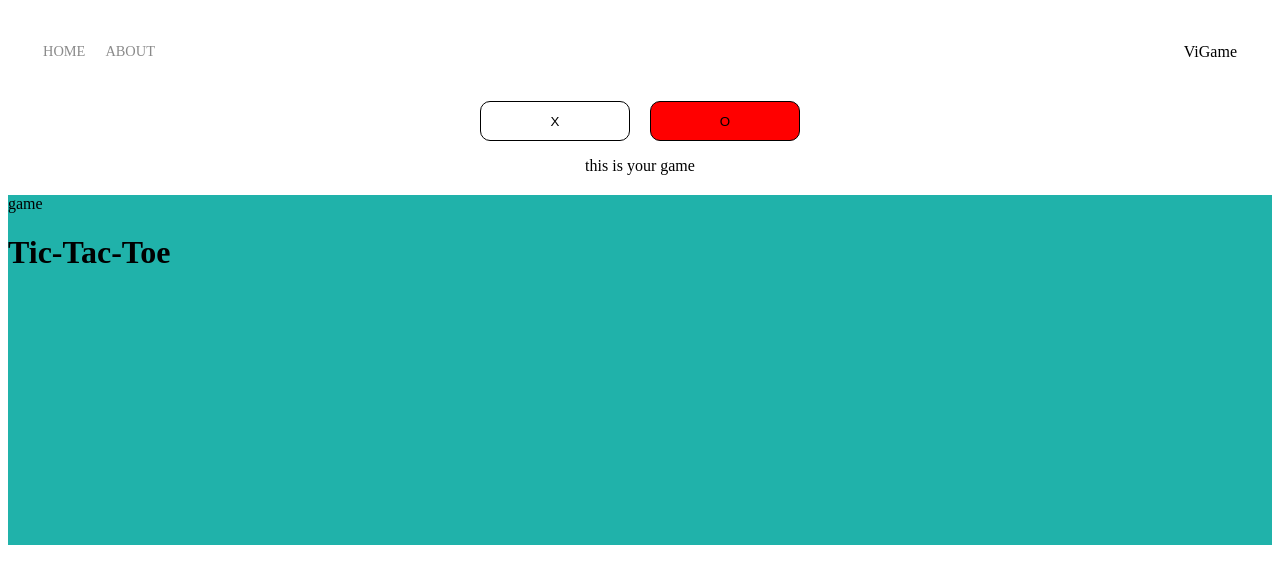
Repository: vahid242/viGame
Page: http://localhost/tic-tac-toe
The author's editor kept a record of every edit. The page is drawn from the files as they stood at one moment, then again after the next edit.
The browser window is 1280 px wide. The pictures show the whole page.
The page is served by the project's Node server (v1/app.js).

Above is the page before.

### v1/views/tic.ejs
<!DOCTYPE html>
<html>
    <head>
        <title>Page Title</title>
        <link rel="stylesheet" href="/stylesheets/tic.css">
    </head>
    <body>
        <div class="container">
                <div class="nav-wrapper">
        <div class="left-side">
            <div class="nav-link-wrapper">
                <a href="/">Home</a>
            </div>

            <div class="nav-link-wrapper">
                <a href="/">About</a>
            </div>
        </div>

        <div class="right-side">
            <div class="brand">
                <div>ViGame</div>
            </div>
        </div>
    </div>

            <div class="upside">
                <div class="choose">
                    <button class="chooseBox" id="xChose">X</button>
                    <!--<div class="chooseBox" id="xChose">X</div>-->
                    <button class="chooseBox" id="oChose">O</button>
                    <!--<div class="chooseBox" id="oChose">O</div>-->
                </div>
                <div id="userChose">
                    <p id="para">this is your game</p>
                </div>
            </div>

            <div class="downside">
                <!-- display the board-->
                <div>game</div>
                <div class="container-board">
              <h1>Tic-Tac-Toe</h1>
              <div class="play-area">
                <div id="block_0" class="block"></div>
                <div id="block_1" class="block"></div>
                <div id="block_2" class="block"></div>
                <div id="block_3" class="block"></div>
                <div id="block_4" class="block"></div>
                <div id="block_5" class="block"></div>
                <div id="block_6" class="block"></div>
                <div id="block_7" class="block"></div>
                <div id="block_8" class="block"></div>
              </div>
            </div>
            </div>
        </div>
    </body>
    <script src="/scripts/tic.js"></script>
</html>

### v1/app.js
var express = require("express");
var app = express();

app.set("view engine", "ejs");
app.use(express.static("public"));

app.get("/", function(req, res){
    res.render("home");
});

app.get("/tic-tac-toe", function(req, res){
    res.render("tic");
});

app.listen(process.env.PORT, process.env.IP, function(){
    console.log("The server has started");
});

### v1/public/stylesheets/tic.css
/*body{*/

/*}*/

/* Nav stylyes*/
.nav-wrapper{
    display: flex;
    justify-content:space-between;
    padding:35px;
}
.left-side{
    display: flex;
}

.nav-wrapper > .left-side > div{
    margin-right: 20px;
    font-size: 0.9em;
    text-transform: uppercase;
}

.nav-link-wrapper{
    height: 22px;
    border-bottom: 1px solid transparent;
    transition: border-bottom 0.5s;
}

.nav-link-wrapper a{
    color: #8a8a8a;
    text-decoration: none;
    transition: color 0.5s;
}

.nav-link-wrapper:hover {
    border-bottom:1px solid black;
}

.nav-link-wrapper a:hover{
    color: black;
}

/*upside style */
.upside{
    margin-bottom: 20px;
    text-align: center;
}
.choose{
    display: flex;
    justify-content: center;
    text-align: center;
    line-height:40px;
}

.chooseBox{
    border:1px solid black;
    background-color: white;
    width: 150px;
    height: 40px;
    border-radius: 10px;
    margin: 0 10px;
}
.chooseBox:hover {
	box-shadow: 0 3px black;
	top: 2px;
}

#oChose{
    background-color: red;
    width: 150px;
    height: 40px;
    border-radius: 10px;
    margin: 0 10px;
}
.downside{
    background-color:#20B2AA;
    margin-bottom: 0;
    height: 350px;
}

### v1/public/scripts/tic.js
var xchose = document.getElementById("xChose");
var ochose = document.getElementById("oChose");
var para = document.getElementById("para");
var userChose = 0;
xchose.onclick = function(){
    userChose = 1;
    para.innerHTML = "X turn"
}

ochose.onclick = function(){
    userChose = -1;
    para.innerHTML = "O turn"
}


if(userChose === "X"){
    userChose = 1;
    para.innerHTML = "X turn";
}
// else if(userChose === "O") {
//     para.innerHTML = "O turn";
// }

After the next edit:
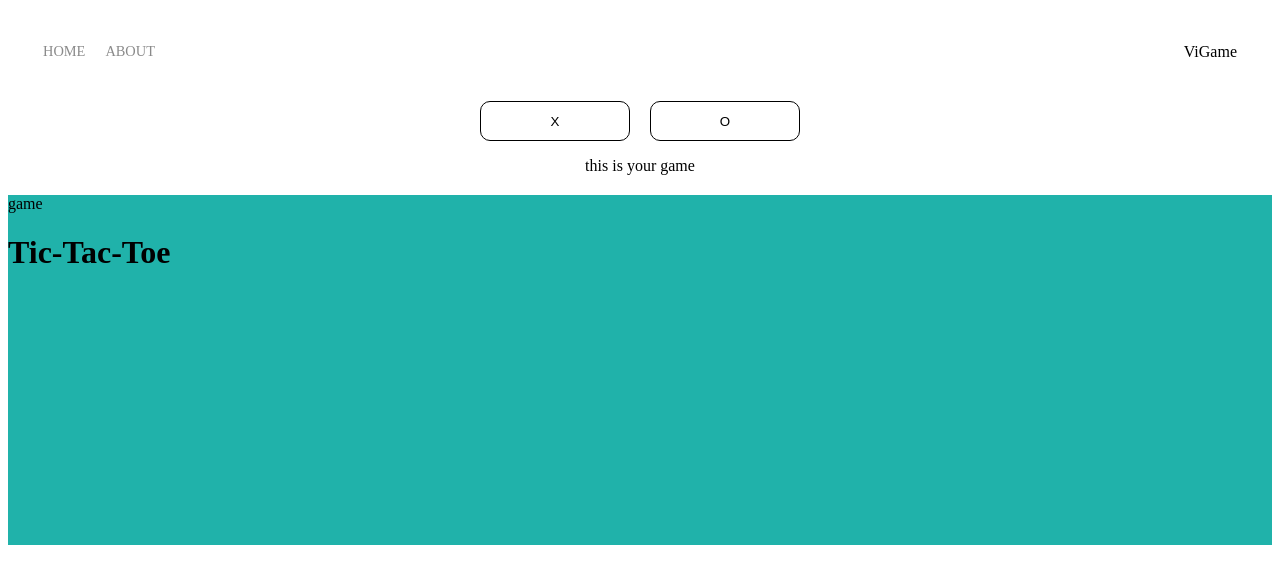
The edit:
--- a/v1/public/stylesheets/tic.css
+++ b/v1/public/stylesheets/tic.css
@@ -63,13 +63,6 @@
 	top: 2px;
 }
 
-#oChose{
-    background-color: red;
-    width: 150px;
-    height: 40px;
-    border-radius: 10px;
-    margin: 0 10px;
-}
 .downside{
     background-color:#20B2AA;
     margin-bottom: 0;
